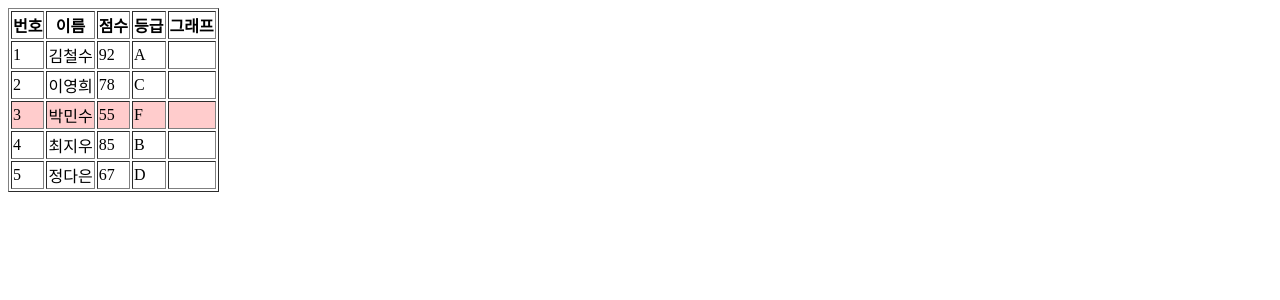
Repository: hyeongu135-ui/Jsp2026
Page: http://localhost/chapter01/example_score.jsp
These files come from the project's save history. The page is drawn as it stood at one moment and after the next save; the edit follows.
The browser window is 1280 px wide. The pictures show the whole page.
The page is served by Tomcat 9.

Above is the page before, as saved 2026-10-16 05:40:08.

After the next save:
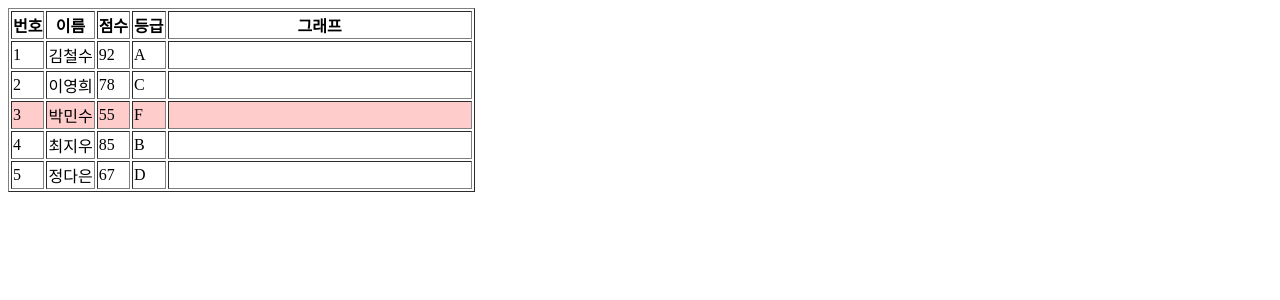
Saved 32 s later.
--- a/chapter01/src/main/webapp/example_score.jsp
+++ b/chapter01/src/main/webapp/example_score.jsp
@@ -38,7 +38,7 @@
 			<td><%=name[i]%></td>
 			<td><%=scores[i]%></td>
 			<td><%= getGrade(scores[i]) %></td>
-			<td style="width: 300;"><div style="width:<%= scores[i] * 3 %>; height:20px; background-color:#blue;"></div></td>
+			<td style="width: 300px;"><div style="width:<%= scores[i] * 3 %>; height:20px; background-color:#blue;"></div></td>
 		</tr>
 		<%}else{ %>
 		<tr>
@@ -46,7 +46,7 @@
 			<td><%=name[i]%></td>
 			<td><%=scores[i]%></td>
 			<td><%=getGrade(scores[i]) %></td>
-			<td style="width: 300;"><div style="width:<%= scores[i] * 3 %>; height:20px; background-color:#blue;"></div></td>
+			<td style="width: 300px;"><div style="width:<%= scores[i] * 3 %>; height:20px; background-color:#blue;"></div></td>
 		</tr>
 		<% } %>
 		<%} %>

After the save that followed:
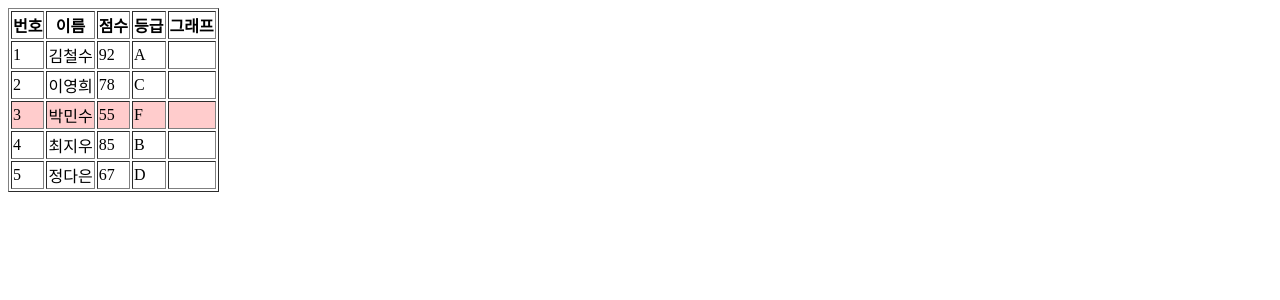
Saved 13 s later.
--- a/chapter01/src/main/webapp/example_score.jsp
+++ b/chapter01/src/main/webapp/example_score.jsp
@@ -38,7 +38,7 @@
 			<td><%=name[i]%></td>
 			<td><%=scores[i]%></td>
 			<td><%= getGrade(scores[i]) %></td>
-			<td style="width: 300px;"><div style="width:<%= scores[i] * 3 %>; height:20px; background-color:#blue;"></div></td>
+			<td><div style="width:<%= scores[i] * 3 %>; height:20px; background-color:#blue;"></div></td>
 		</tr>
 		<%}else{ %>
 		<tr>
@@ -46,7 +46,7 @@
 			<td><%=name[i]%></td>
 			<td><%=scores[i]%></td>
 			<td><%=getGrade(scores[i]) %></td>
-			<td style="width: 300px;"><div style="width:<%= scores[i] * 3 %>; height:20px; background-color:#blue;"></div></td>
+			<td><div style="width:<%= scores[i] * 3 %>; height:20px; background-color:#blue;"></div></td>
 		</tr>
 		<% } %>
 		<%} %>
